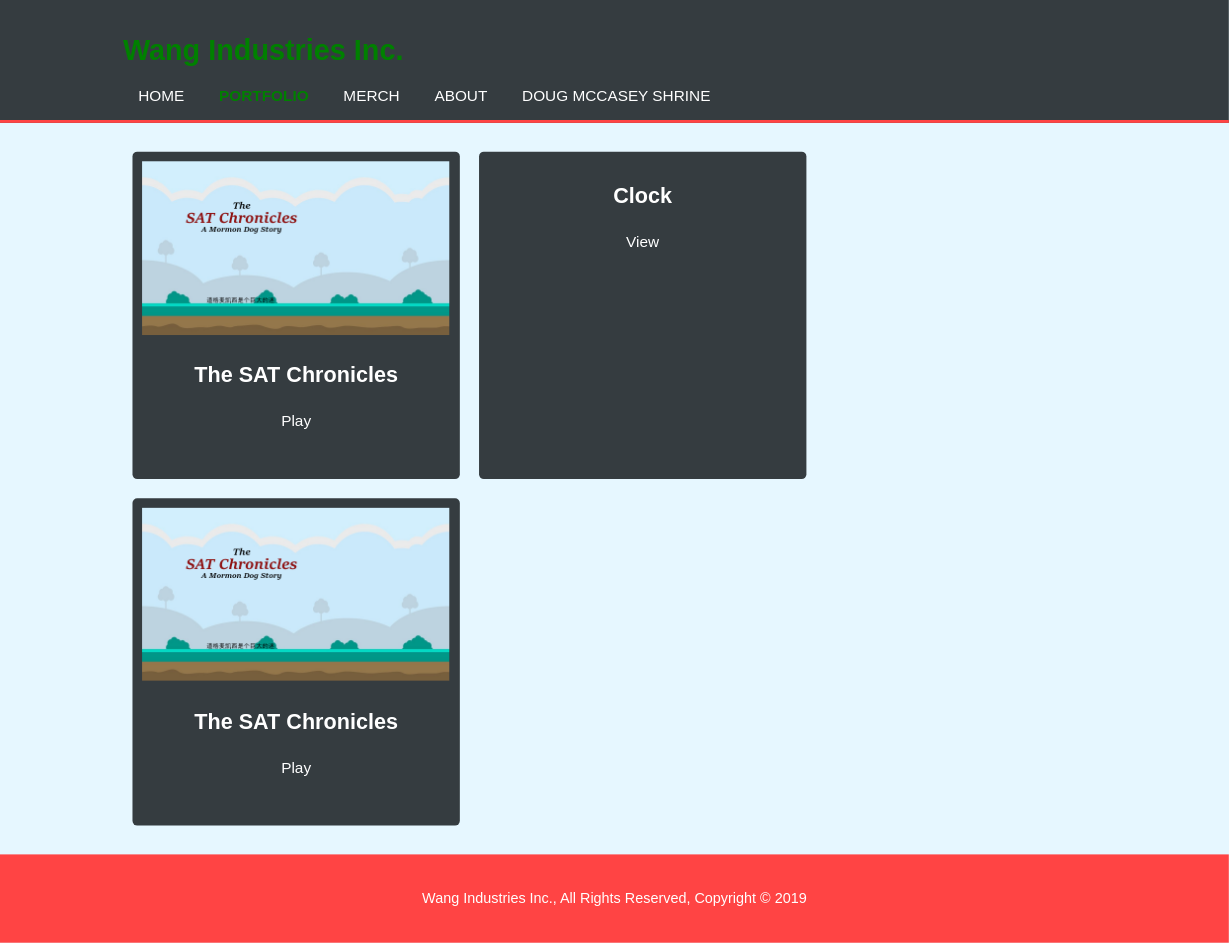
Repository: albert031/albert031.github.io
Page: portfolio.html
The author's editor kept a record of every edit. The page is drawn from the files as they stood at one moment, then again after the next edit.
The browser window is 1280 px wide. The pictures show the whole page, at 96% of full size.

Above is the page before.

### portfolio.html
<!DOCTYPE html>
<html>
    <head>
        <title>Albert's Website | Portfolio</title>
        <link rel=icon href=https://thewolfpacket.org/wp-content/uploads/2018/01/VP-675x900.jpg type=image/jpg?>
        <meta name=viewport content=width=device-width>
        <link rel=stylesheet type=text/css href=./css/style.css>
    </head>

    <body>
        <header>
            <div class=container>
                <div id=branding>
                    <h1 class=highlight>Wang Industries Inc.</h1>
                </div>
            </div>
            <nav>
                <div class=dropdown>
                    <button class=dropbtn><a href=index.html>Home</a></button>
                </div>
                <div class=dropdown>
                    <button class="dropbtn current"><a href=portfolio.html>Portfolio</a></button>
                    <div class=dropdown-content>
                        <a href=./projects/thesatchronicles.html>The SAT Chronicles</a>
                    </div>
                </div>
                <div class=dropdown>
                    <button class=dropbtn><a href=merch.html>Merch</a></button>
                    <div class=dropdown-content>
                        <a href="#">Dagu makkeishī Ramen Noodles™</a>
                        <a href="#">Dagu makkeishī ChopSticks™</a>
                        <a href="#">Dagu makkeishī Premium Soysauce Ultra Mega Doug Size™</a>
                    </div>
                </div>
                <div class=dropdown>
                    <button class=dropbtn><a href=about.html>About</a></button>
                </div>
                <div class=dropdown>
                    <button class=dropbtn><a href=dougshrine.html>Doug McCasey Shrine</a></button>
                    <div class=dropdown-content>
                        <a href=dougthethug.html>Doug the Thug</a>
                    </div>
                </div>
            </nav>
        </header>

        <section id=boxes>
            <div class=container>
                <div class=project>
                    <a href=./projects/thesatchronicles.html><img src=./imgsatchronicles/startscreen.png></a>
                    <h1>The SAT Chronicles</h1>
                    <a href=./projects/thesatchronicles.html>Play</a>
                </div>

                <div class=project>
                    <a href=./projects/clock.html></a>
                    <h1>Clock</h1>
                    <a href=./projects/clock.html>View</a>
                </div>

                <div class=project>
                    <a href=./projects/thesatchronicles.html><img src=./imgsatchronicles/startscreen.png></a>
                    <h1>The SAT Chronicles</h1>
                    <a href=./projects/thesatchronicles.html>Play</a>
                </div>
            </div>
        </section>
        <footer>
            <p>Wang Industries Inc., All Rights Reserved, Copyright &copy 2019</p>
        </footer>
    </body>
</html>

### css/style.css
/*CSS Style Sheet */

body{
    font-family:Arial, Helvetica, sans-serif;
    font-size:15px;
    line-height:1.5;
    padding:0;
    margin:0;
    background-color:#e6f7ff;
}

/* Global */
.container{
    width:80%;
    margin:auto;
    overflow:hidden;
}

ul {
    margin:0;
    padding:0;
}

.button_1{
    height:38px;
    background:#ff4444;
    border:0;
    padding-left:20px;
    padding-right:20px;
    color:#ffffff;
}

@keyframes rainbow{
    0% {color:red;}
    17% {color:orange;}
    34% {color:yellow;}
    50% {color:green;}
    67% {color:blue;}
    84% {color:indigo;}
    100% {color:violet;}
}

/* Header */
header{
    background:#353c40;
    color:#ffffff;
    padding-top:30px;
    min-height:70px;
    border-bottom: #ff4444 3px solid;
    list-style:none;
}

header a{
    text-decoration:none;
    text-transform:uppercase;
    color:#ffffff;
}

header nav{
    width:80%;
    margin:auto;
}

.dropbtn {
  background-color: transparent;
  outline:none;
  padding: 16px;
  font-size: 16px;
  border: none;
}

/* The container <div> - needed to position the dropdown content */
.dropdown {
  position: relative;
  display: inline-block;
}

/* Dropdown Content (Hidden by Default) */
.dropdown-content {
  display: none;
  position: absolute;
  background-color: #f1f1f1;
  min-width: 160px;
  box-shadow: 0px 8px 16px 0px rgba(0,0,0,0.2);
  z-index: 1;
}

/* Links inside the dropdown */
.dropdown-content a{
  color: black;
  padding: 12px 16px;
  text-decoration: none;
  display: block;
}

/* Change color of dropdown links on hover */
.dropdown-content a:hover {
    background-color: #ddd;
}

/* Show the dropdown menu on hover */
.dropdown:hover .dropdown-content {
    display: block;
}

header #branding{
    float:left;
}

header #branding h1{
    margin:0;
}

header .highlight, header .current a{
    animation:rainbow 2s linear infinite alternate;
    font-weight:bold;
}

header a:hover{
    color:#ff0000;
    font-weight:bold;
}

/* Showcase */
#showcase{
    min-height:400px;
    background-image:url(../img/ramenpic.jpg);
    background-position:center center;
    background-repeat:no-repeat;
    text-align:center;
    color:#000000;
}

#showcase h1{
    margin-top:100px;
    font-size:55px;
    margin-bottom:10px;
}

#showcase p{
    font-size:20px;
}

#order{
    padding:15px;
    color:#ffffff;
    background:#353c40;
}

/* Order */
#order h1{
    float:left;
}

#order form{
    float:right;
    margin-top:15px;
}

#order input[type=name]{
    padding:4px;
    height:25px;
    width:250px;
}

/* Boxes */
#boxes{
    margin-top:20px;
}

#boxes .box{
    float:left;
    text-align:center;
    width:30%;
    padding:10px;
}

#boxes .box img{
    width:150px;
}

/* Main-col */
article#main-col{
    float:left;
    width:65%;
}

footer{
    padding:20px;
    margin-top:20px;
    color:#ffffff;
    background-color:#ff4444;
    text-align:center;
}

/* Boxes around each project */
.project{
	background-color: #353c40;
	font-size: 100%;
	padding: 1%;
	width: 320px;
	height: 320px;
	float: left;
	text-align:center;
	border-radius: 5px;
	margin:1%;
}

.project a{
	color:#ffffff;
	text-decoration: none;
	font-size: 16px;
}

.project h1{
    color:#ffffff;
}

.project iframe{
    width:100%;
}

.project img{
    width:100%;
}

.project a:hover{
    color:#ff0000;
    font-weight:bold;
}

/* Game aligning */
#canvas{
    padding-left: 0;
    padding-right: 0;
    margin-left: auto;
    margin-right: auto;
    display:block;

}
/* Media Queries */
@media(max-width:768px){
    header #branding,
    header nav,
    header nav li,
    #order h1,
    #order form,
    #boxes .box{
        float:none;
        text-align:center;
        width:100%;
        }

    header{
        padding-bottom:20px;
    }

    #showcase h1{
        margin-top:40px;
    }

    #order button{
        display:block;
        width:100%;
    }

    #order form input[type=name]{
        width:100%;
        margin-bottom:5px
    }
}

After the next edit:
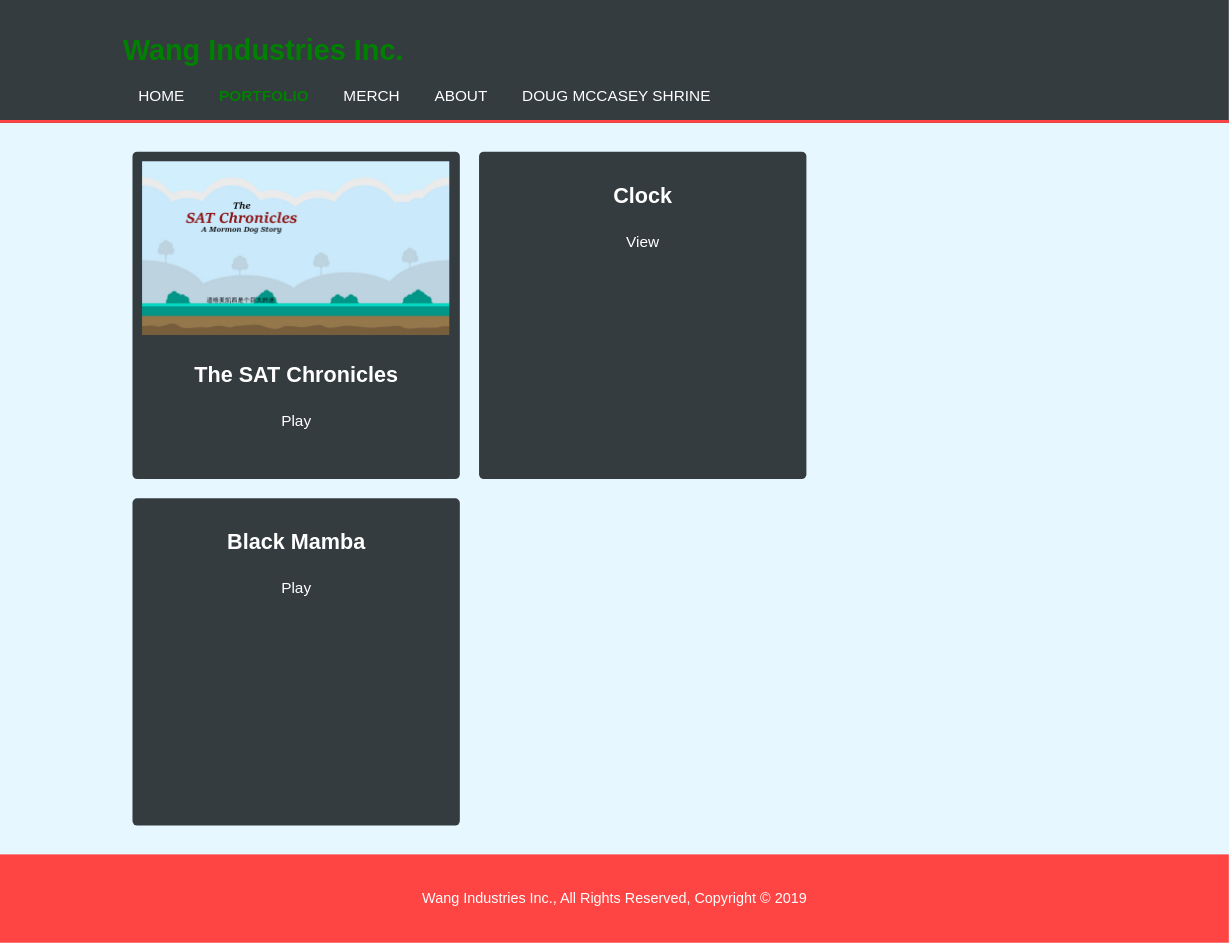
The edit:
--- a/portfolio.html
+++ b/portfolio.html
@@ -59,9 +59,9 @@
                 </div>
 
                 <div class=project>
-                    <a href=./projects/thesatchronicles.html><img src=./imgsatchronicles/startscreen.png></a>
-                    <h1>The SAT Chronicles</h1>
-                    <a href=./projects/thesatchronicles.html>Play</a>
+                    <a href=./projects/snake.html></a>
+                    <h1>Black Mamba</h1>
+                    <a href=./projects/snake.html>Play</a>
                 </div>
             </div>
         </section>
